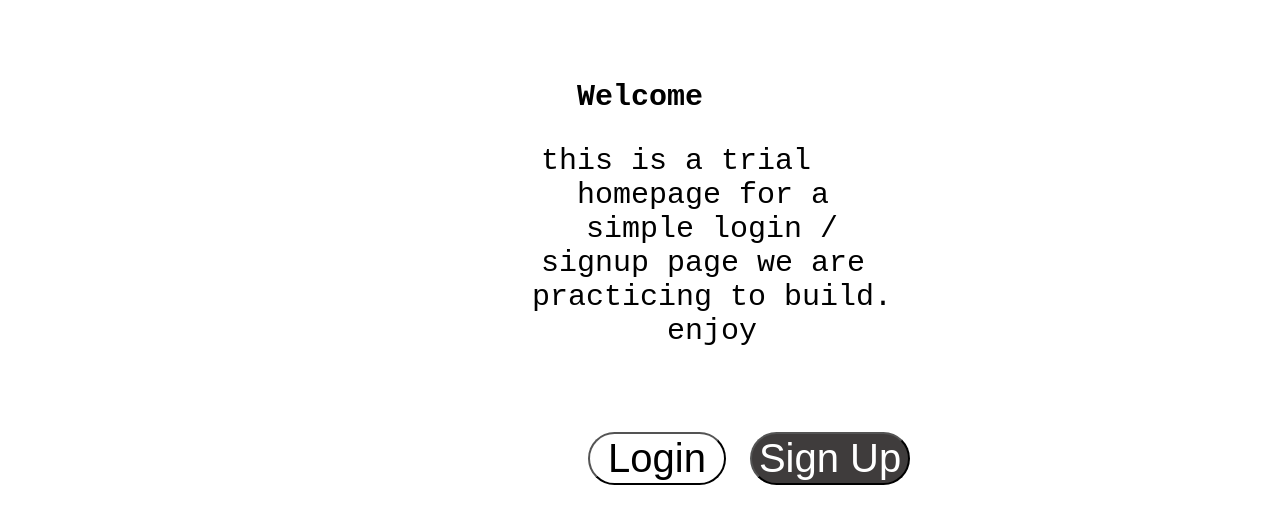
Repository: yhung004/TUTORIAL_PAGE
Page: home.html
These files come from the project's save history. The page is drawn as it stood at one moment and after the next save; the edit follows.
The browser window is 1280 px wide. The pictures show the whole page.

Above is the page before, as saved 2024-04-10 13:58:35.

After the next save:
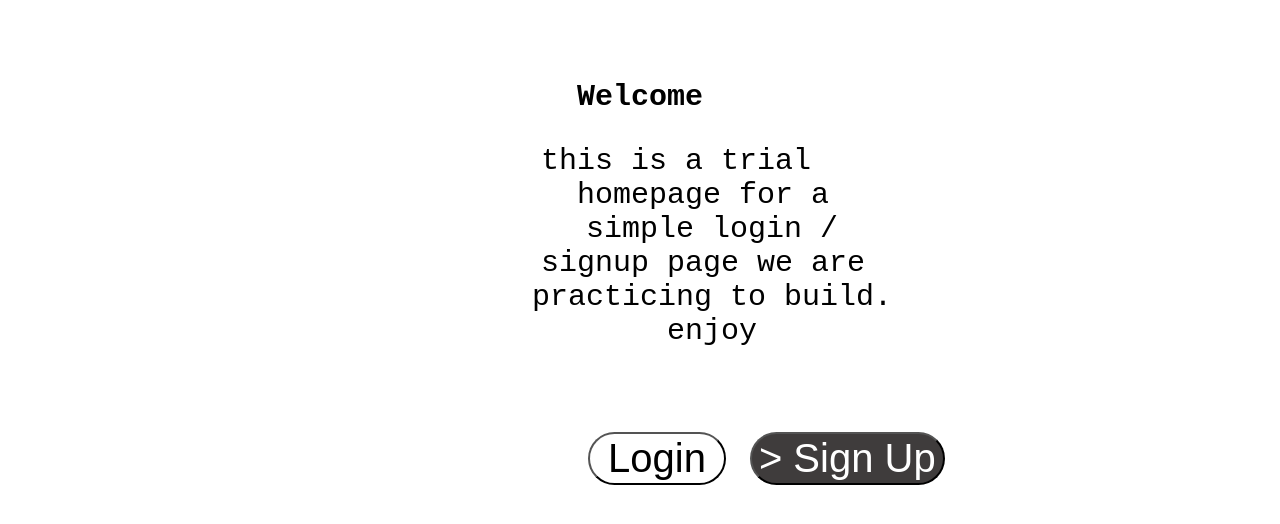
Saved 59 s later.
--- a/home.html
+++ b/home.html
@@ -18,7 +18,7 @@
     <button class="button_a">
        Login
     </button>
-    <button class="button_b">
+    <button class="button_b" <a href="sign_up.html"></a>>
         Sign Up
     </button>
 </body>
